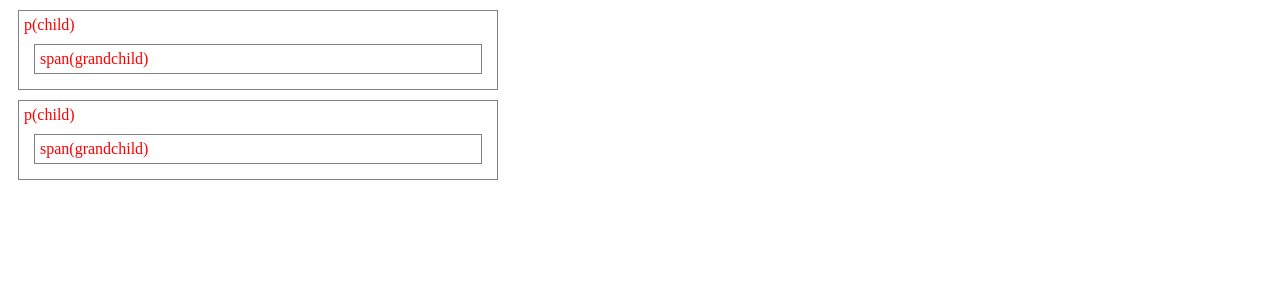
Repository: tjdwlsl/jspstudy
Page: http://localhost/JQuery_Ajax/jquery/ex16_DOM.jsp
The author's editor kept a copy of each file at every save. The page is drawn from the files as they stood at one save, then again after the next save.
The browser window is 1280 px wide. The pictures show the whole page.
The page is served by Tomcat 9. Other server files are loaded and not shown.

Above is the page before, as saved 2023-07-19 09:06:51.

### JQuery_Ajax/src/main/webapp/jquery/ex16_DOM.jsp
<%@ page language="java" contentType="text/html; charset=UTF-8"
    pageEncoding="UTF-8"%>
<!DOCTYPE html>
<html>
<head>
<meta charset="UTF-8">
<title>HTML 탐색 : children()</title>
<style type="text/css">
	.myclass * {
		display: block;
		border: 1px solid gray;
		padding: 5px;
		margin: 10px;
	}
</style>
<%-- jQuery 라이브러리 CDN --%>
<script src="https://ajax.googleapis.com/ajax/libs/jquery/3.7.0/jquery.min.js"></script>
<script type="text/javascript">
$(document).ready(function(){
	//children : 선택한 요소의 직계 자식요소
	//fild() : 선택한 요소의 마지막 요소까지 반환
	$(".myclass").children().css({"color":"red"});

});
</script>

</head>
<body>
	<div class="myclass" style="width: 500px;">
	<p>p(child)
		<span>span(grandchild)</span>
	</p>
	<p>p(child)
		<span>span(grandchild)</span>
	</p>
	</div>
</body>
</html>

After the next save:
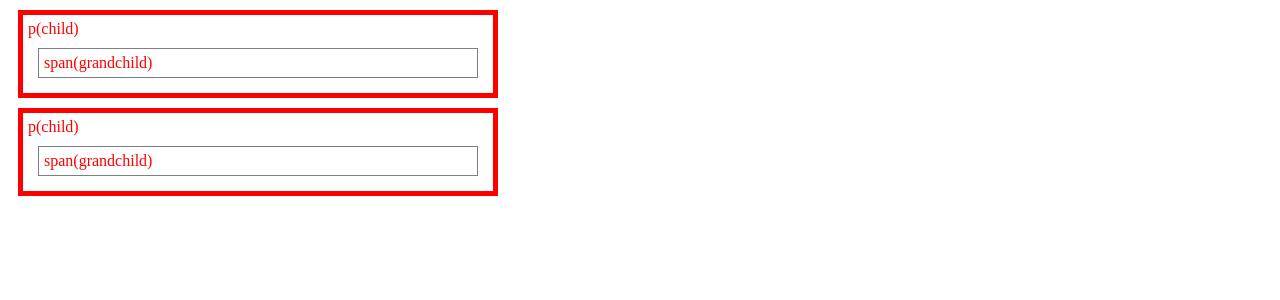
Saved 80 s later.
--- a/JQuery_Ajax/src/main/webapp/jquery/ex16_DOM.jsp
+++ b/JQuery_Ajax/src/main/webapp/jquery/ex16_DOM.jsp
@@ -19,7 +19,7 @@
 $(document).ready(function(){
 	//children : 선택한 요소의 직계 자식요소
 	//fild() : 선택한 요소의 마지막 요소까지 반환
-	$(".myclass").children().css({"color":"red"});
+	$(".myclass").children().css({"color":"red", "border":"5px solid red"});
 
 });
 </script>
